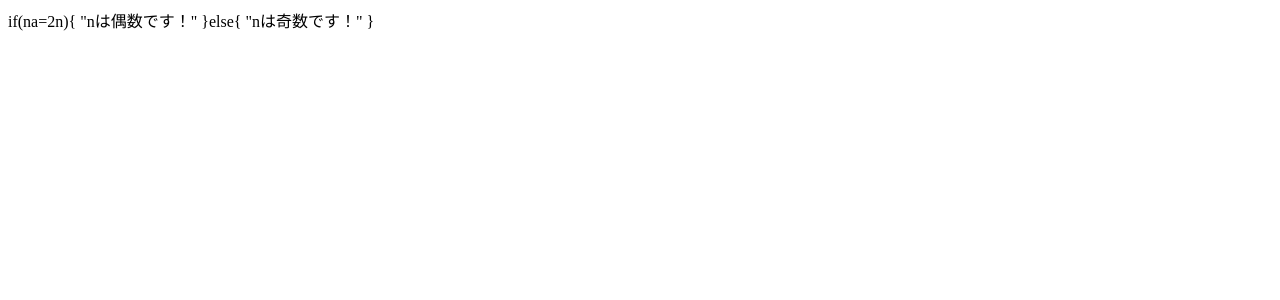
Repository: mipiip/secondrepo
Page: http://localhost/if.php
The author's editor kept a record of every edit. The page is drawn from the files as they stood at one moment, then again after the next edit.
The browser window is 1280 px wide. The pictures show the whole page.
The page is run by PHP 8.4 with error messages shown; the project is at /var/www/html/.

Above is the page before.

### if.php
if(na=2n){
"nは偶数です！"
}else{
"nは奇数です！"
}

After the next edit:
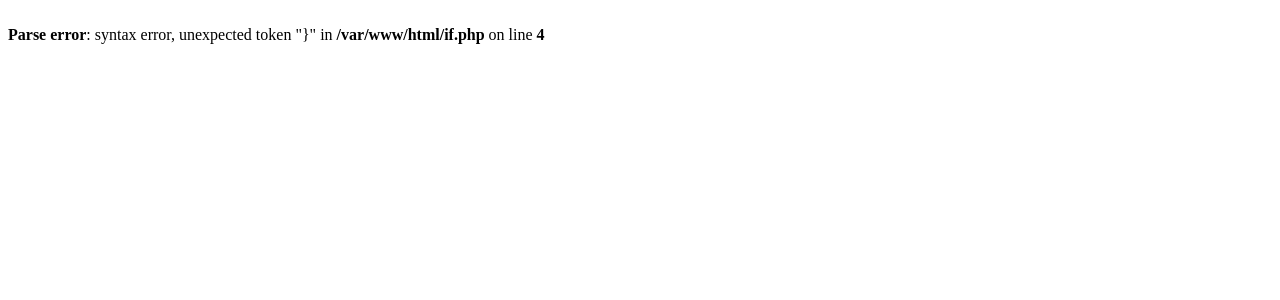
The edit:
--- a/if.php
+++ b/if.php
@@ -1,4 +1,5 @@
-if(na=2n){
+<?php
+ if(a%2==0){
 "nは偶数です！"
 }else{
 "nは奇数です！"
